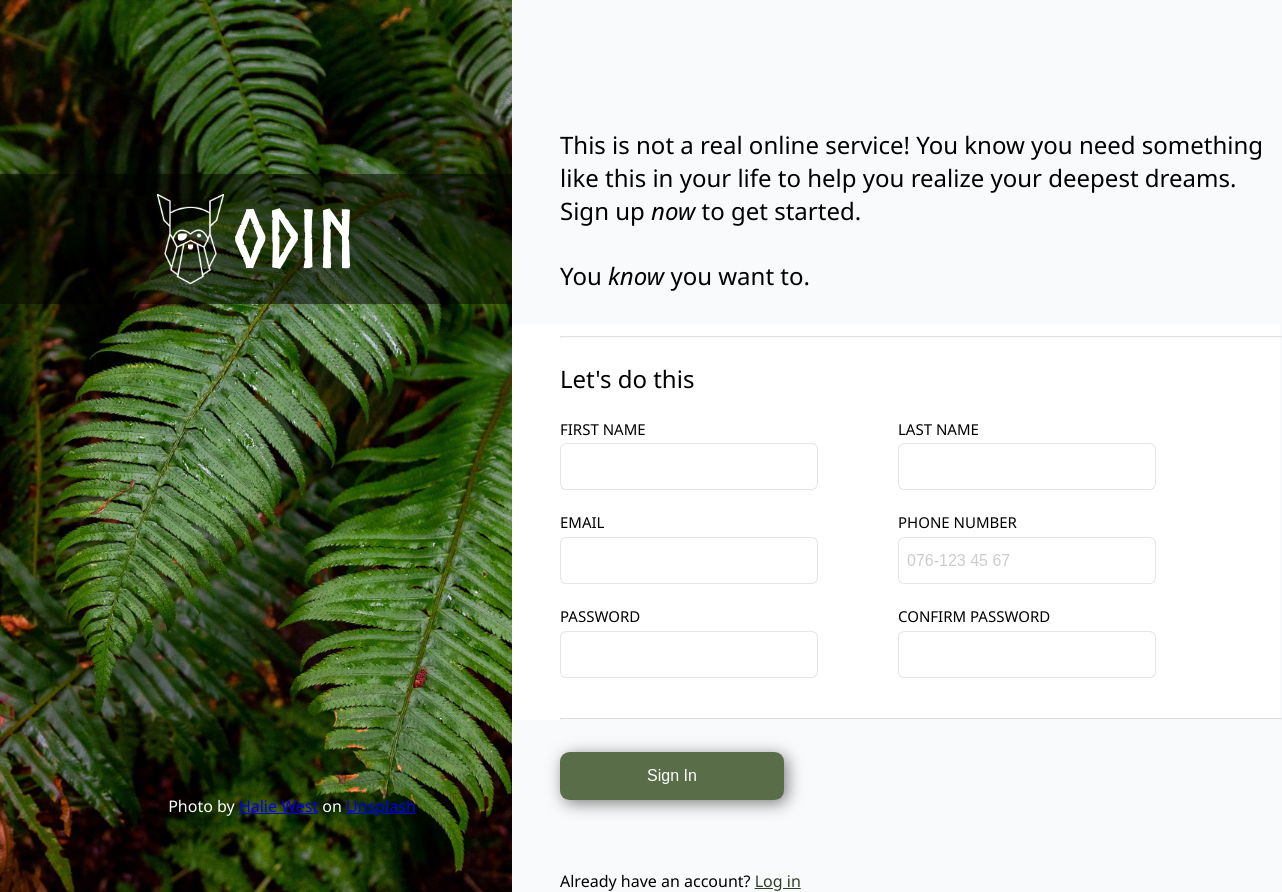
Repository: fed26sto-fundamentals/sign-up-form-odai-dh
Page: index.html
The author's editor kept a copy of each file at every save. The page is drawn from the files as they stood at one save, then again after the next save.
The browser window is 1280 px wide. The page is 1282 px wide, so the pictures cover 1282 px, including what lies to the right of the window. The pictures show the whole page.

Above is the page before, as saved 2024-10-01 21:19:41.

### index.html
<!DOCTYPE html>
<html lang="en">

<head>
    <meta charset="UTF-8">
    <meta name="viewport" content="width=device-width, initial-scale=1.0">
    <link href="styles.css" rel="stylesheet" />
    <title>Document</title>
</head>

<body>
    <div class="leftSide">
        <div class="odinLogo">
            <img src="/img/odin-lined.png" alt="odin logo">
            <p>ODIN</p>
        </div>
        <div class="leftSideFoot">
            <p>Photo by <a href="https://unsplash.com/@haliewestphoto" target="_blank">Halie West</a> on <a
                    href="https://unsplash.com/" target="_blank">Unsplash</a></p>

        </div>
    </div>
    <div class="rightSide">
        <div class="textR">
            <p>This is not a real online service! You know you need something like this in your life to help you realize
                your deepest dreams. Sign up <em>now</em> to get started.</p>
        </div>
        <div class="textRs">
            <p> You <em>know</em> you want to.</p>
        </div>
        <div class="form">
            <form action="#" class="form">
                <div class="formTitle">
        <hr id="line1">
                    <p>Let's do this</p>
                </div>
                <div class="formStart">
                    <div class="cill1">
                        <div class="firstN">
                            <label for="firstN">FIRST NAME</label>
                            <input type="text" id="firstN" class="required" name="firstName" required>
                            <span class="error-message" aria-live="polite">First Name is required</span>
                        </div>
                        <div class="emailIn">
                            <label for="emailIn">EMAIL</label>
                            <input type="email" id="emailIn" class="required" name="email" required>
                            <span class="error-message" aria-live="polite">Email is required</span>
                        </div>
                        <div class="passwordIn">
                            <label for="passwordIn">PASSWORD</label>
                            <input type="password" id="passwordIn" class="required" name="password" required minlength="8" maxlength="16">
                            <span class="error-message" aria-live="polite">Password must be between 8 and 16 characters.</span>
                        </div>
                    </div>
                    <div class="cill2">
                        <div class="lastN">
                            <label for="lastN">LAST NAME</label>
                            <input type="text" id="lastN" class="required" name="lastName" required>
                            <span class="error-message" aria-live="polite">Last Name is required</span>
                        </div>
                        <div class="nummber">
                            <label for="number">PHONE NUMBER</label>
                            <input type="tel" id="number" class="required" name="phoneNumber" pattern="076-[0-9]{3} [0-9]{2} [0-9]{2}" placeholder="076-123 45 67" required>
                            <span class="error-message" aria-live="polite">Please enter a valid phone number.</span>
                        </div>
                        <div class="passwordCon">
                            <label for="passwordCon">CONFIRM PASSWORD</label>
                            <input type="password" id="passwordCon" class="required" name="confirmPassword" required minlength="8" maxlength="16">
                            <span class="error-message" aria-live="polite">Password do Not match</span>
                        </div>
                    </div>
                </div>
                <hr id="line">
        </div>

        <div class="submtion">
            <button id="forSubmtion"> Sign In</button>
            <div id="forSubmtionError"></div>
            <p>
                Already have an account? <a href="">Log in</a>
            </p>
        </div>
        </form>
    </div>
</body>

</html>

### styles.css
@font-face {
    font-family: 'NorseBold';
    src: url('../fonts/Norse-Bold.otf') format('opentype');

}

body {
    font-family: 'Segoe UI', Tahoma, Geneva, Verdana, sans-serif;
    display: flex;
    align-content: center;
    min-height: 100vh;
    margin: 0;
    padding: 0px;
    height: 100%;
    background-color: #F9FAFB;
    ;

}



.leftSide {
    background: url(/img/green.jpg) no-repeat;
    border: 0;
    width: 40%;
    align-content: center;
    background-size: cover;
    background-position: center;

}

.odinLogo {
    display: flex;
    justify-content: center;
    align-items: center;
    height: 10%;
    padding: 20px;
    gap: 10px;
    background-color: rgba(0, 0, 0, 0.5);
    position: relative;
    top: -25vh;
}

.odinLogo img {
    height: 100%;
}

.odinLogo p {
    color: white;
    font-size: 80px;
    font-family: 'NorseBold', sans-serif;
}


.leftSideFoot {
    display: flex;
    justify-self: center;
    position: relative;
    bottom: -41vh;
    left: 5vh;
}

.leftSideFoot p {
    color: rgb(255, 255, 255);
}

.leftSideFoot a:visited {
    color: rgb(199, 201, 221);
}

.leftSideFoot a:hover {
    color: rgb(187, 131, 239);
    transition: 0.5s;
}




.rightSide {
    display: flex;
    flex-direction: column;
    gap: 2rem;
}


.rightSide>div {
    padding-left: 3rem;
}

.rightSide>div>p {
    margin-top: 0;
    margin-bottom: 0;
}

.textR,
.textRs,
.formTitle {
    font-size: 1.5rem;
}

.textR {
    margin-top: 8rem;
}

.form{
    background-color: rgb(255, 255, 255);
}
.formStart {
    display: flex;
    justify-content: left;
    gap: 5rem;
    flex-wrap: wrap;
}

.formStart div {
    display: flex;
    flex-direction: column;
    gap: 1.4rem;
}

.formStart>div {
    margin-bottom: 2rem;
}

.formStart div div label {
    font-size: 15px;
}

.formStart div div input {
    width: 100%;

}
.formStart div div input:focus {
    border-color: #007BFF;
    box-shadow: 0 0 5px rgba(0, 123, 255, 1);

}
#line1{
    width: 100%;
    opacity: 0.3;
    margin-bottom: -0.5px;

}
#line{
    width: 100%;
    opacity: 0.3;
    margin-bottom: -0.5px;
}



.error-message {
    display: none;
    color: #d30c34;
    font-size: 12px;
    margin-top: -5px;
}

input:not(:focus):invalid+.error-message {
    display: none;
}

input:invalid+.error-message {
    display: block;
    margin-top: 4px;
}
input:not(:focus):invalid {
    border: 1px solid rgba(128, 128, 128, 0.2); /* Neutraler grauer Rand */
}

input::placeholder {
    color: grey;
    font-size: 16px;
    opacity: 0.4;
}


.formStart div div input {
    height: 1.8rem;
    width: 15rem;
    border: 1px solid #ccc;
    border-radius: 0.4rem;
    outline: none;
    padding: 0.5rem;
    font-size: 18px;
}

.formStart div div {
    display: flex;
    flex-direction: column;
    gap: 0.3rem;
}

.submtion {
    display: flex;
    flex-direction: column;
    gap: 2.2rem
}

.submtion a {
    color: #596D48;
}

.submtion a:visited {
    color: #313d27;
}

#forSubmtion {
    cursor: pointer;
    height: 3rem;
    width: 14rem;
    background-color: #596D48;
    color: white;
    font-size: 16px;
    border: 0px;
    border-radius: 0.6rem;
    box-shadow: 0.2rem 0.2rem 1rem rgba(0, 0, 0, 0.5);
}

After the next save:
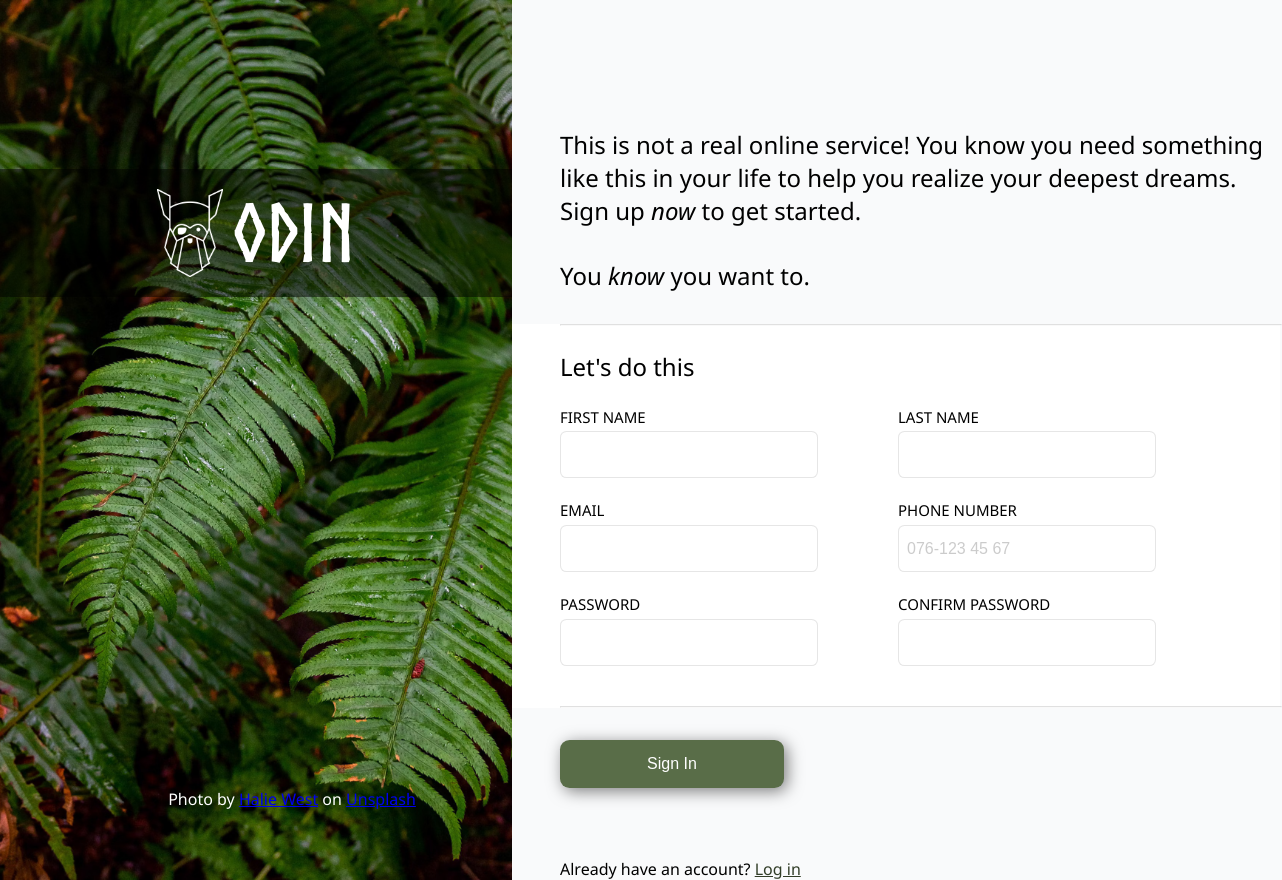
Saved 7 s later.
--- a/styles.css
+++ b/styles.css
@@ -138,7 +138,7 @@ body {
 #line1{
     width: 100%;
     opacity: 0.3;
-    margin-bottom: -0.5px;
+    margin-top: -0.5px;
 
 }
 #line{
